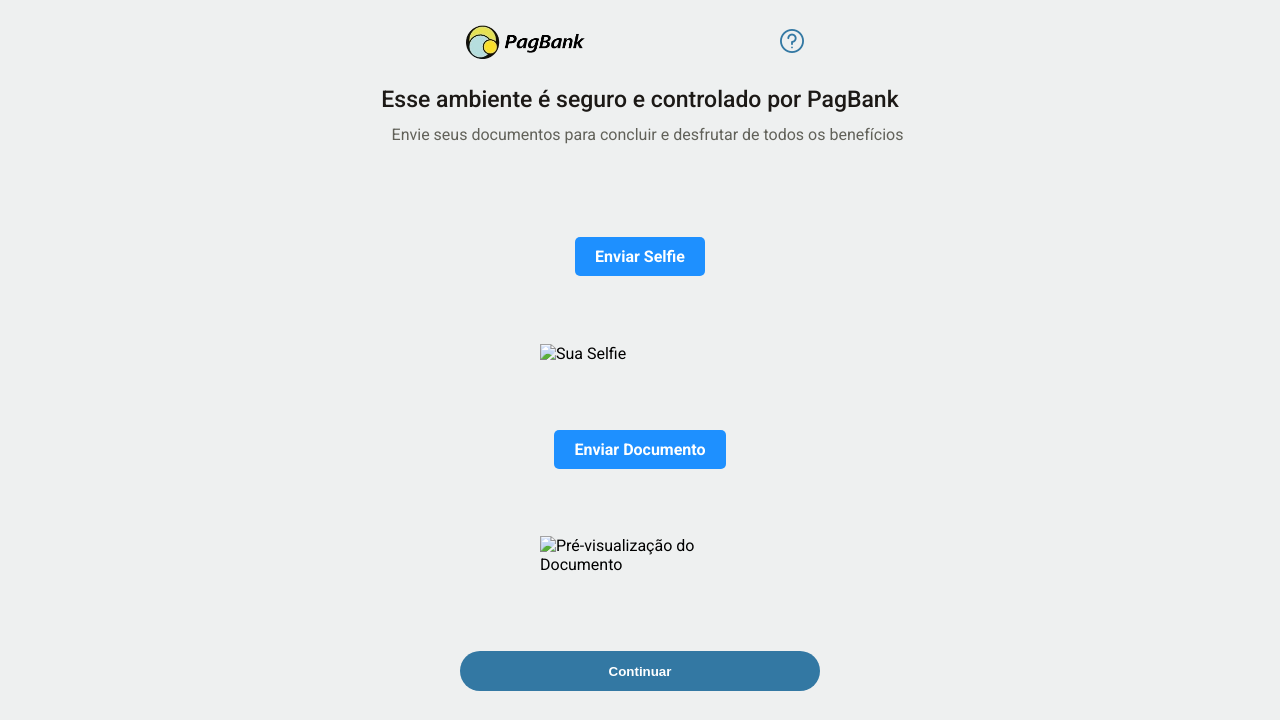
Repository: alfredo-allan/pagseguro
Page: selfie-doc.html
The author's editor kept a copy of each file at every save. The page is drawn from the files as they stood at one save, then again after the next save.
The browser window is 1280 px wide. The pictures show the whole page.
The pointer rests on the first visible `.custom-file-upload`.

Above is the page before, as saved 2024-07-26 19:44:14.

### selfie-doc.html
<!DOCTYPE html>
<html lang="pt-br">
  <head>
    <meta charset="UTF-8" />
    <meta name="viewport" content="width=device-width, initial-scale=1.0" />
    <link rel="icon" href="/favicon.ico" type="image/x-icon" />
    <link rel="stylesheet" href="./style.css" />
    <link rel="preconnect" href="https://fonts.googleapis.com" />
    <link rel="preconnect" href="https://fonts.gstatic.com" crossorigin />
    <link
      href="https://fonts.googleapis.com/css2?family=Roboto:ital,wght@0,100;0,300;0,400;0,500;0,700;0,900;1,100;1,300;1,400;1,500;1,700;1,900&display=swap"
      rel="stylesheet"
    />
    <title>Selfie e Documento</title>
    <style>
      #selfie-preview,
      #doc-preview {
        width: 200px;
        height: auto;
        margin-top: 10px;
      }

      .file-input {
        display: none;
      }

      .custom-file-upload {
        display: inline-block;
        padding: 10px 20px;
        cursor: pointer;
        font-weight: 600;
        color: white;
        background-color: #1e90ff; /* Customize the button color */
        border-radius: 5px;
        border: none;
        text-align: center;
        margin-top: 10px;
      }

      .custom-file-upload:hover {
        background-color: var; /* Darken button on hover */
      }

      button {
        width: 360px;
        height: 40px;
        font-weight: 800;
        border-radius: 20px;
        border: none;
        color: white;
        background-color: var(--cor--azul);
        margin-top: 20px;
      }
    </style>
  </head>
  <body>
    <div id="logo-top">
      <img
        style="position: absolute; width: 120px; margin: -13px -175px"
        src="./images/logopagseguro.png"
        alt=""
      />
      <img
        src="./images/sinal-de-interrogacao.png"
        alt=""
        style="position: absolute; margin-left: 140px"
      />
    </div>
    <h1
      style="
        font-weight: 500;
        font-size: 23px;
        margin: 0px 15px;
        color: #1c1916;
      "
    >
      Esse ambiente é seguro e controlado por PagBank
    </h1>
    <p style="margin-top: -55px; margin-left: 15px; color: #616159">
      Envie seus documentos para concluir e desfrutar de todos os benefícios
    </p>

    <label for="selfie" class="custom-file-upload">Enviar Selfie</label>
    <input
      id="selfie"
      type="file"
      accept="image/*"
      capture="user"
      class="file-input"
    />
    <img id="selfie-preview" src="" alt="Sua Selfie" />

    <label for="doc" class="custom-file-upload">Enviar Documento</label>
    <input
      id="doc"
      type="file"
      accept="image/*"
      capture="environment"
      class="file-input"
    />
    <img id="doc-preview" src="" alt="Pré-visualização do Documento" />

    <button id="btn-conf-cel">Continuar</button>

    <script>
      document
        .getElementById("selfie")
        .addEventListener("change", function (e) {
          const file = e.target.files[0];
          const reader = new FileReader();

          reader.onload = function (e) {
            const preview = document.getElementById("selfie-preview");
            preview.src = e.target.result;
          };

          if (file) {
            reader.readAsDataURL(file);
          }
        });

      document.getElementById("doc").addEventListener("change", function (e) {
        const file = e.target.files[0];
        const reader = new FileReader();

        reader.onload = function (e) {
          const preview = document.getElementById("doc-preview");
          preview.src = e.target.result;
        };

        if (file) {
          reader.readAsDataURL(file);
        }
      });
    </script>
  </body>
</html>

### style.css
:root {
  --main-font: "Roboto", sans-serif;
  --cor--cinza: #eef0f0;
  --cor--cinza-escuro: #616159;
  --cor--preto: #1c1916;
  --cor--azul: #3378a3;
}

body {
  background-color: var(--cor--cinza);
  font-family: var(--main-font);
  display: grid;
  place-items: center; /* Centraliza vertical e horizontalmente */
}

html,
body {
  height: 100%;
  margin: 0;
}

.slideshow-container {
  position: relative;
  max-width: 100%;
  margin: auto;
}

.mySlides {
  display: none; /* Oculta os slides por padrão */
  position: relative;
  text-align: center;
  h1 {
    font-size: 24px;
    margin-top: 56px;
    font-weight: 400;
    margin-left: 12px;
    text-align: left;
    color: var(--cor--preto);
  }
  p {
    text-align: left;
    padding: 37px 13px;
    margin-top: -36px;
    color: var(--cor--cinza-escuro);
  }
}

.mySlides img {
  width: 94%; /* Ajusta a imagem para ocupar a largura do container */
}

#logo {
  img {
    position: absolute;
    margin: -220px 9px;
    width: 115px;
  }
}

#negrini #negrini2 #negrini3 {
  margin-top: 5px;
  height: 320px;
  width: 375px;
}

.indicadores {
  position: relative;
  display: flex;
  justify-content: center;
  margin-top: 20px;
  margin-top: -193px;
  margin-left: 269px;
}

.circulo {
  width: 8px;
  height: 8px;
  border-radius: 50%;
  background-color: #bdbdbd;
  margin: 0 11px;
  cursor: pointer;
}

.circulo.active {
  background-color: var(--cor--azul); /* Cor quando ativo */
}

.oblongo {
  position: absolute;
  bottom: -1px;
  left: 2px;
  width: 30px;
  height: 10px;
  background-color: var(--cor--azul);
  border-radius: 5px;
  transition: left 0.3s ease;
}

div#btn {
  text-align: center;
  display: grid;
  position: relative;
  margin-top: 195px;
  button#abrir-conta {
    margin-bottom: 10px;
    height: 40px;
    width: 360px;
    border-radius: 20px;
    background-color: var(--cor--azul);
    color: white;
    font-weight: 800;
    border-color: var(--cor--azul);
  }

  button:focus {
    outline: none; /* Remove o contorno de foco ao clicar */
  }
  button#login {
    width: 360px;
    height: 40px;
    font-weight: 800;
    border-radius: 20px;
    outline: none;
    border: none;
    color: var(--cor--azul);
  }
}

/* barra de carregando */
.lds-ring,
.lds-ring div {
  box-sizing: border-box;
}
.lds-ring {
  display: inline-block;
  position: relative;
  width: 80px;
  height: 80px;
}
.lds-ring div {
  box-sizing: border-box;
  display: block;
  position: absolute;
  width: 64px;
  height: 64px;
  margin: 8px;
  border: 4px solid #0bb914;
  border-radius: 50%;
  animation: lds-ring 1.2s cubic-bezier(0.5, 0, 0.5, 1) infinite;
  border-color: #0bb914 transparent transparent transparent;
}
.lds-ring div:nth-child(1) {
  animation-delay: -0.45s;
}
.lds-ring div:nth-child(2) {
  animation-delay: -0.3s;
}
.lds-ring div:nth-child(3) {
  animation-delay: -0.15s;
}
@keyframes lds-ring {
  0% {
    transform: rotate(0deg);
  }
  100% {
    transform: rotate(360deg);
  }
}

/* Campo de senha */

.password-container {
  display: flex;
  align-items: center;
}

.password-box {
  display: flex;
  gap: 10px;
  margin-top: -285px;
  margin-left: 15px;
}

.password-input {
  width: 33px;
  height: 55px;
  text-align: center;
  font-size: 24px;
  border: 1px solid var(--cor--preto);
  background-color: var(--cor--cinza);
  transition: border-color 0.3s;
  border-radius: 30%;
}

.password-input:focus {
  border-color: #66afe9;
  outline: none;
}

.toggle-password {
  background: none;
  border: none;
  cursor: pointer;
  margin-left: 10px;
  font-size: 24px;
  color: #333;
}

.toggle-password:focus {
  outline: none;
}

After the next save:
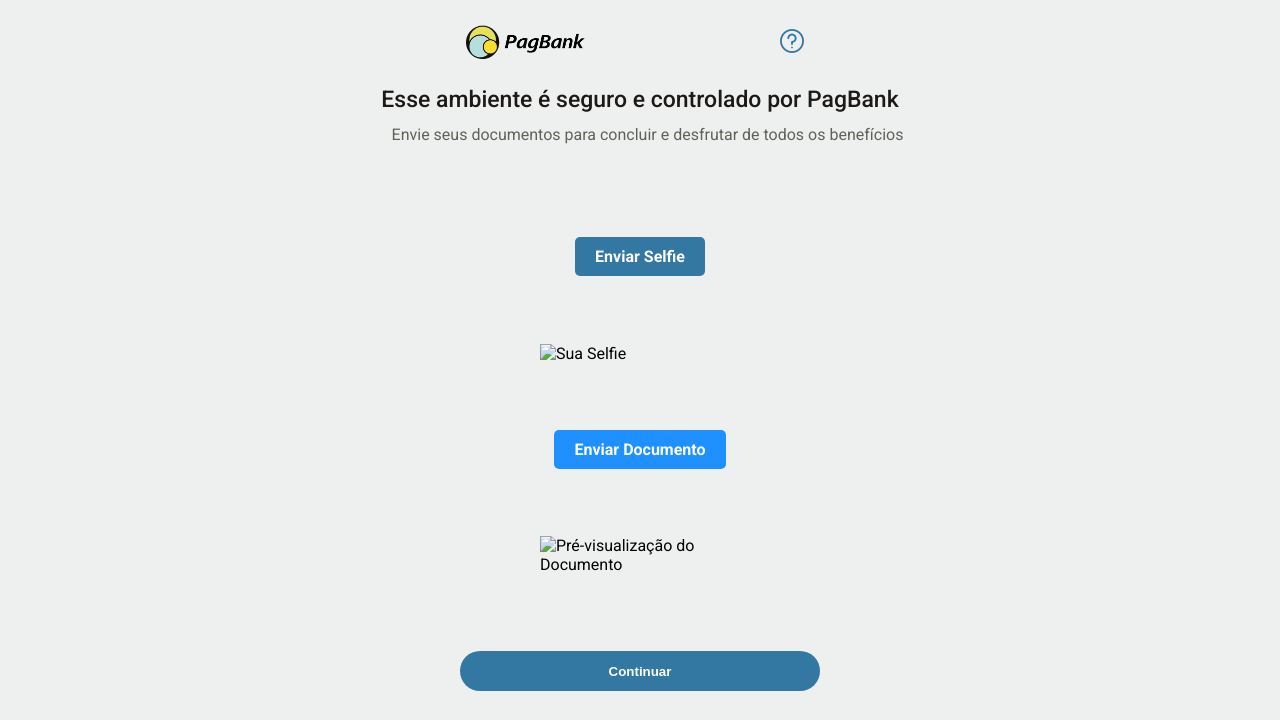
Saved 10 s later.
--- a/selfie-doc.html
+++ b/selfie-doc.html
@@ -38,7 +38,7 @@
       }
 
       .custom-file-upload:hover {
-        background-color: var; /* Darken button on hover */
+        background-color: var(--cor--azul); /* Darken button on hover */
       }
 
       button {
